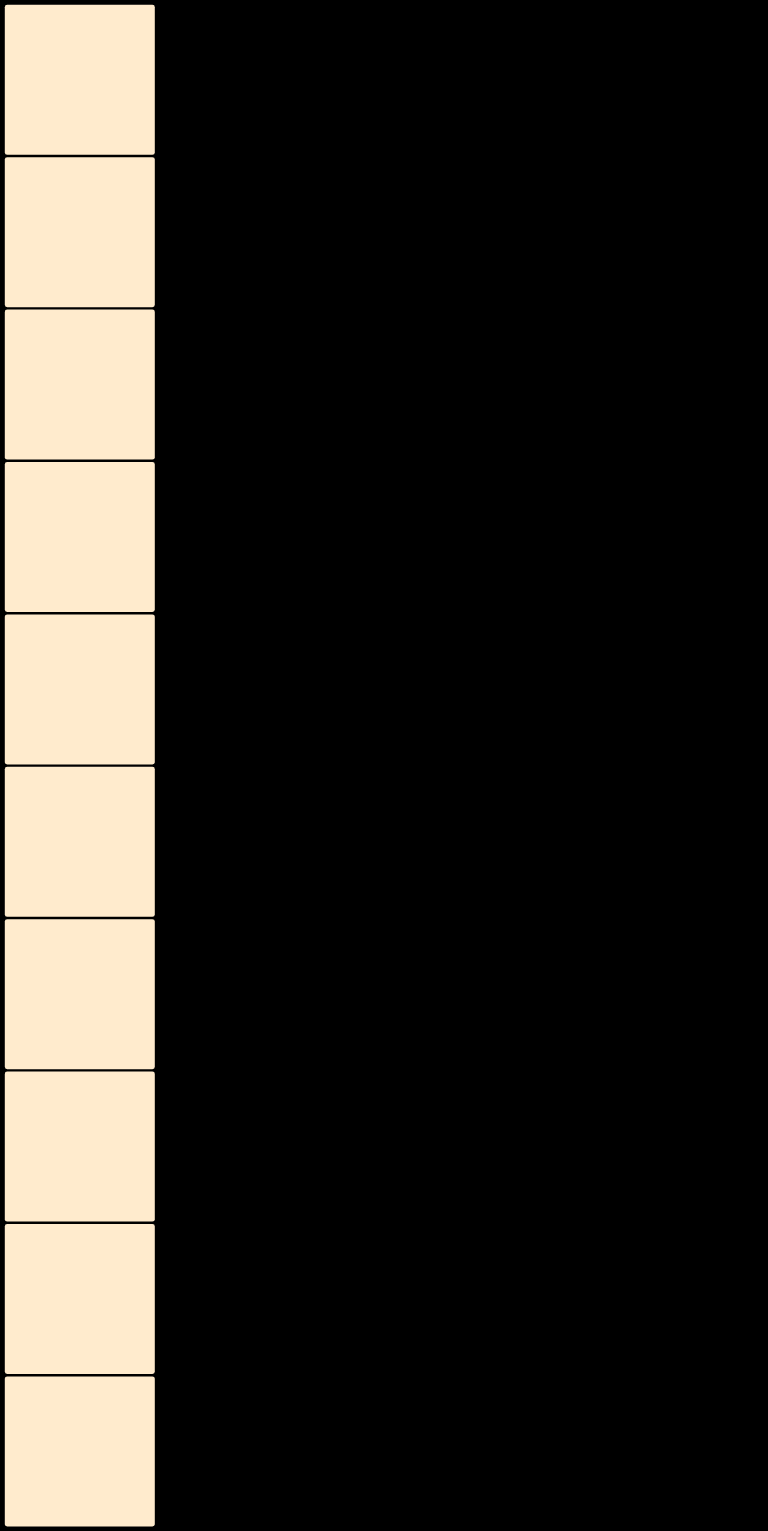
Repository: woojinShim/Browser-Study
Page: window-coordinates.html
The author's editor kept a copy of each file at every save. The page is drawn from the files as they stood at one save, then again after the next save.
The browser window is 1280 px wide. The pictures show the whole page, at 60% of full size.

Above is the page before, as saved 2022-02-02 20:09:34.

### window-coordinates.html
<!DOCTYPE html>
<html lang="en">
<head>
    <meta charset="UTF-8">
    <meta http-equiv="X-UA-Compatible" content="IE=edge">
    <meta name="viewport" content="width=device-width, initial-scale=1.0">
    <title>Coordinates</title>
    <style>
        body {
            background-color: black;
        }

        div {
            width: 250px;
            height: 250px;
            background-color: blanchedalmond;
            margin-bottom: 4px;
            border-radius: 4px;
        }
    </style>
</head>
<body>
    <div></div>
    <div></div>
    <div></div>
    <div></div>
    <div></div>
    <div></div>
    <div></div>
    <div class="special"></div>
    <div></div>
    <div></div>
</body>
</html>

After the next save:
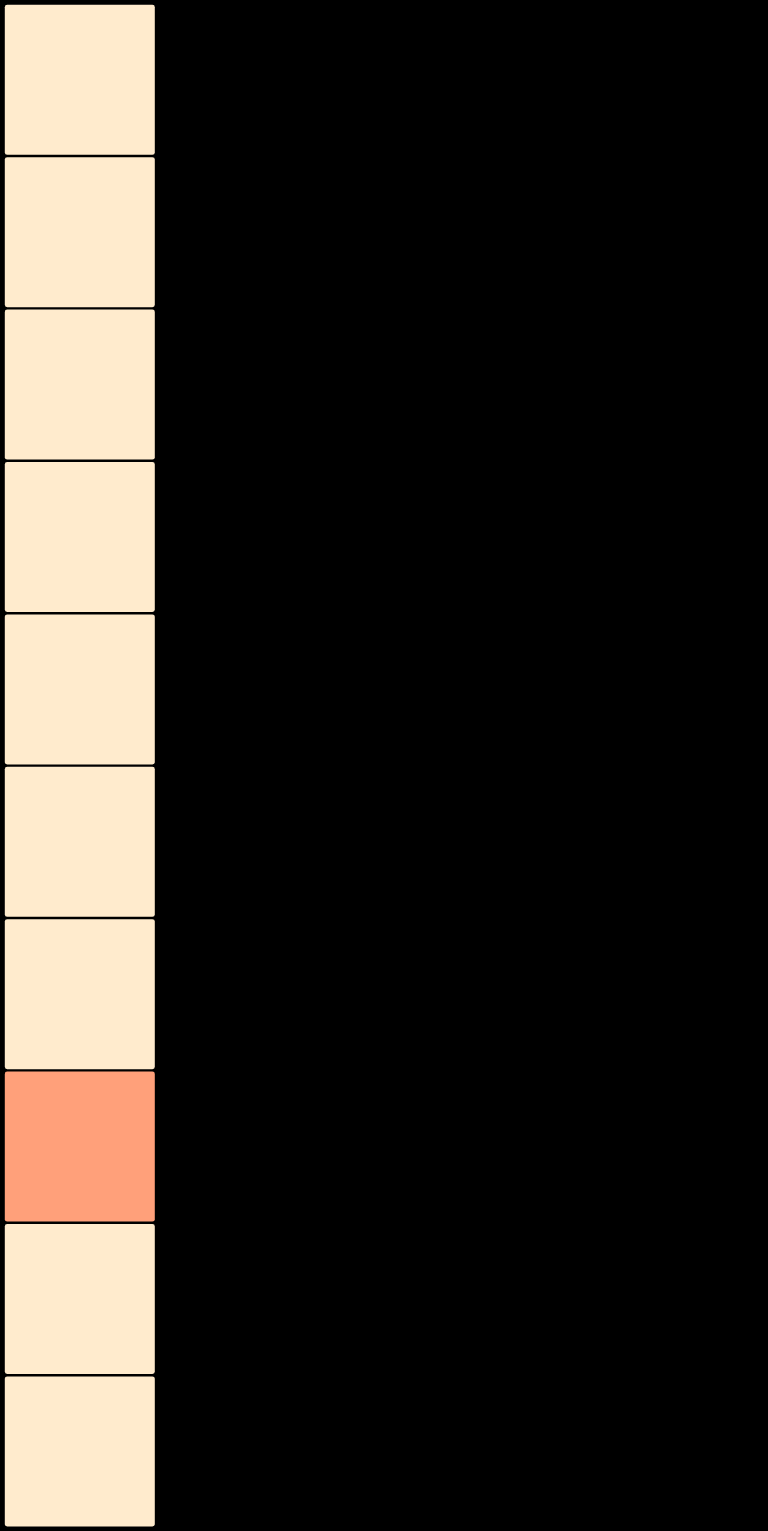
Saved 28 s later.
--- a/window-coordinates.html
+++ b/window-coordinates.html
@@ -17,6 +17,10 @@
             margin-bottom: 4px;
             border-radius: 4px;
         }
+
+        .special {
+            background-color: lightsalmon;
+        }
     </style>
 </head>
 <body>
